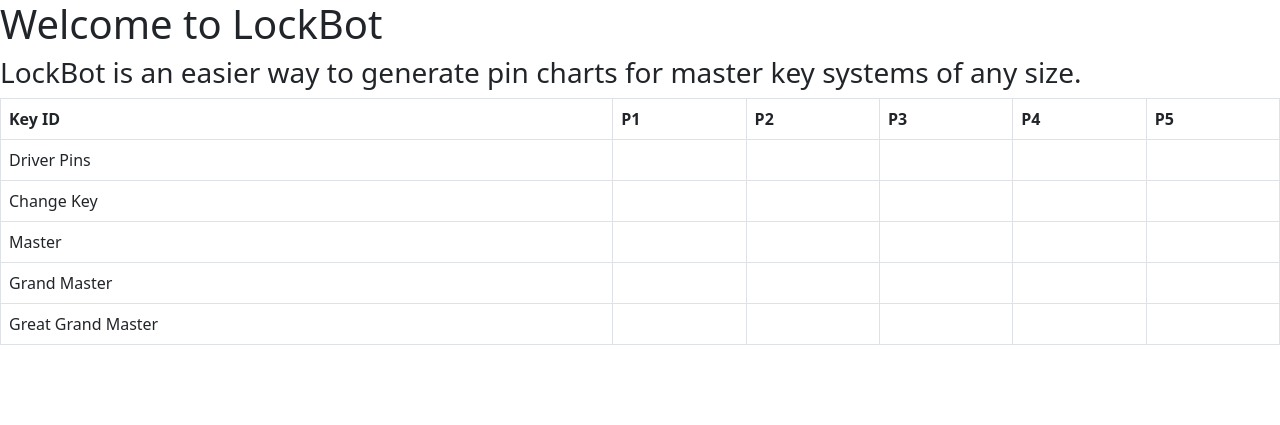
Repository: cobalt88/LockBot
Page: index.html
The author's editor kept a copy of each file at every save. The page is drawn from the files as they stood at one save, then again after the next save.
The browser window is 1280 px wide. The pictures show the whole page.

Above is the page before, as saved 2022-03-22 17:22:50.

After the next save:
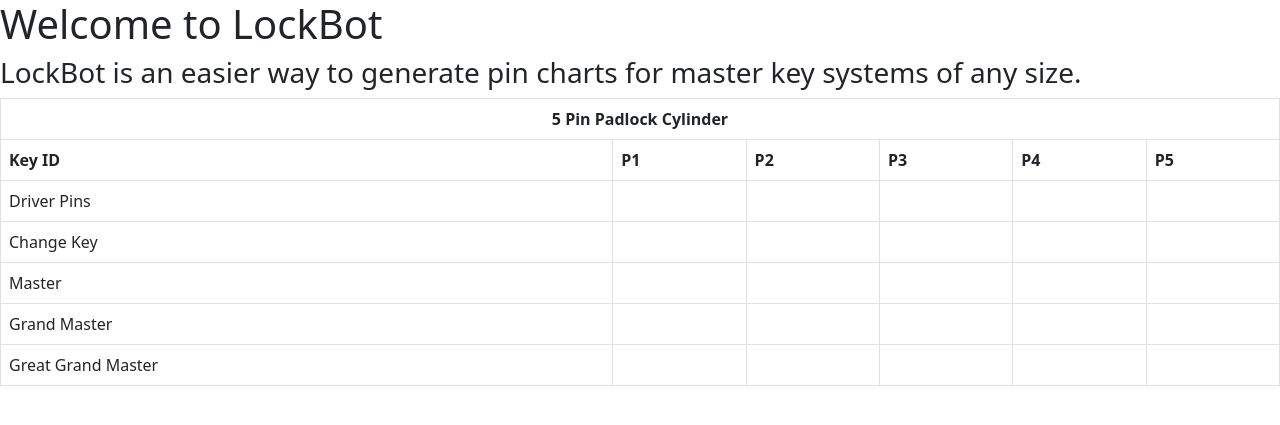
Saved 3 min 17 s later.
--- a/index.html
+++ b/index.html
@@ -39,6 +39,9 @@
       <section>
         <!-- make a table for the actual function. Start with 5 pin padlock -->
         <table class="table table-bordered">
+          <tr>
+            <th colspan="6" style="text-align: center;"> 5 Pin Padlock Cylinder</th>
+          </tr>
           <tr>
             <th>Key ID</th>
             <th>P1</th>
